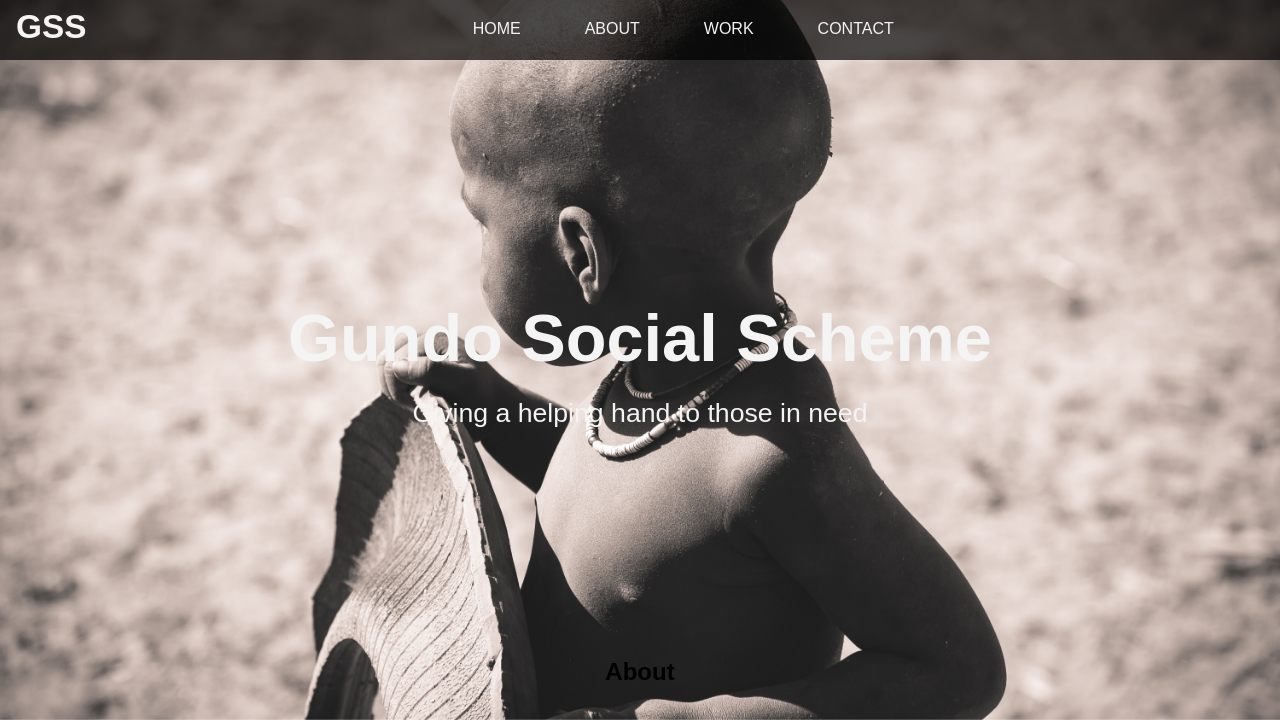
Repository: blessingNtoko/gss-basic_website
Page: index.html
These files come from the project's save history. The page is drawn as it stood at one moment and after the next save; the edit follows.
The browser window is 1280 px wide. The pictures show the whole page.
An inner scrolling area shows only its first screen.

Above is the page before, as saved 2020-05-13 00:27:23.

After the next save:
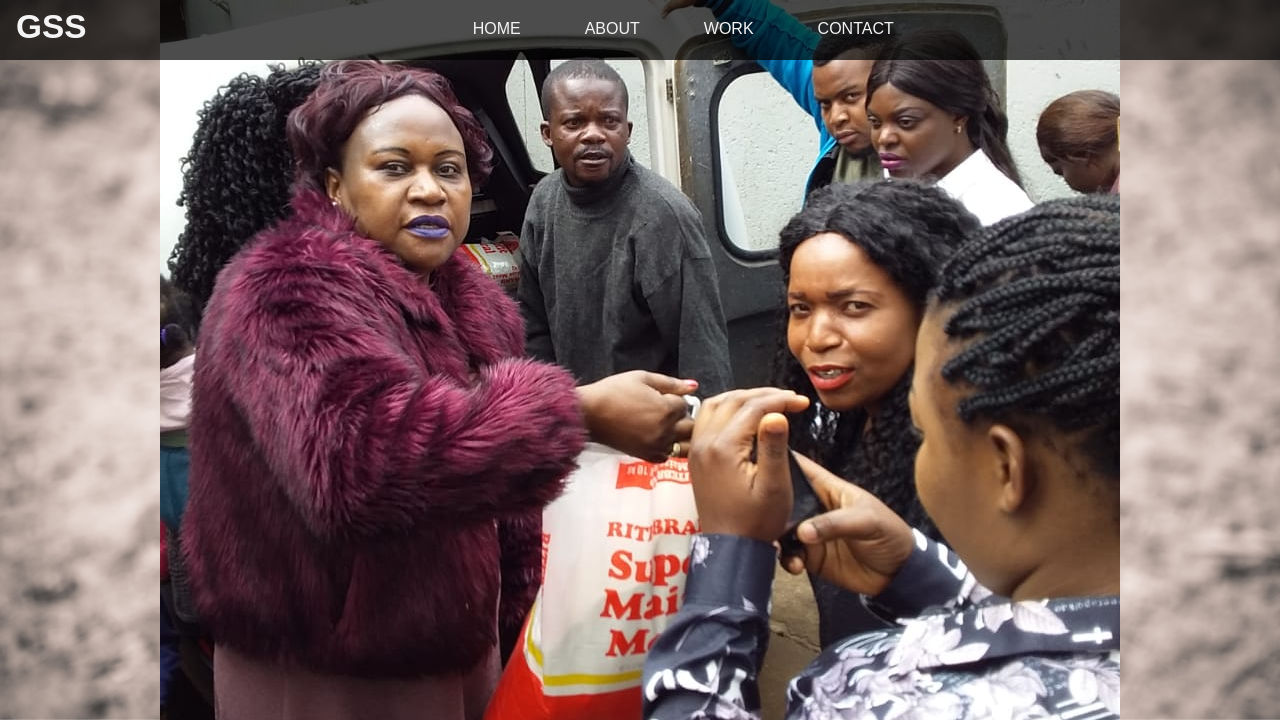
Saved 17 h 19 min later.
--- a/index.html
+++ b/index.html
@@ -78,29 +78,27 @@
             <div class="container">
                 <div class="row">
                     <div class="col">
-                        <img src="" alt="">
+                        <img src="assets/images/workImages/work1.jpeg" alt="">
                     </div>
                     <div class="col">
-                        <img src="" alt="">
+                        <img src="assets/images/workImages/work2.jpeg" alt="">
 
                     </div>
                     <div class="col">
-                        <img src="" alt="">
+                        <img src="assets/images/workImages/work3.jpeg" alt="">
 
                     </div>
 
-                    <div class="w-100"></div>
-
                     <div class="col">
-                        <img src="" alt="">
+                        <img src="assets/images/workImages/work4.jpeg" alt="">
 
                     </div>
                     <div class="col">
-                        <img src="" alt="">
+                        <img src="assets/images/workImages/work5.jpeg" alt="">
 
                     </div>
                     <div class="col">
-                        <img src="" alt="">
+                        <img src="assets/images/workImages/work6.jpeg" alt="">
 
                     </div>
                 </div>

After the 3 saves that followed:
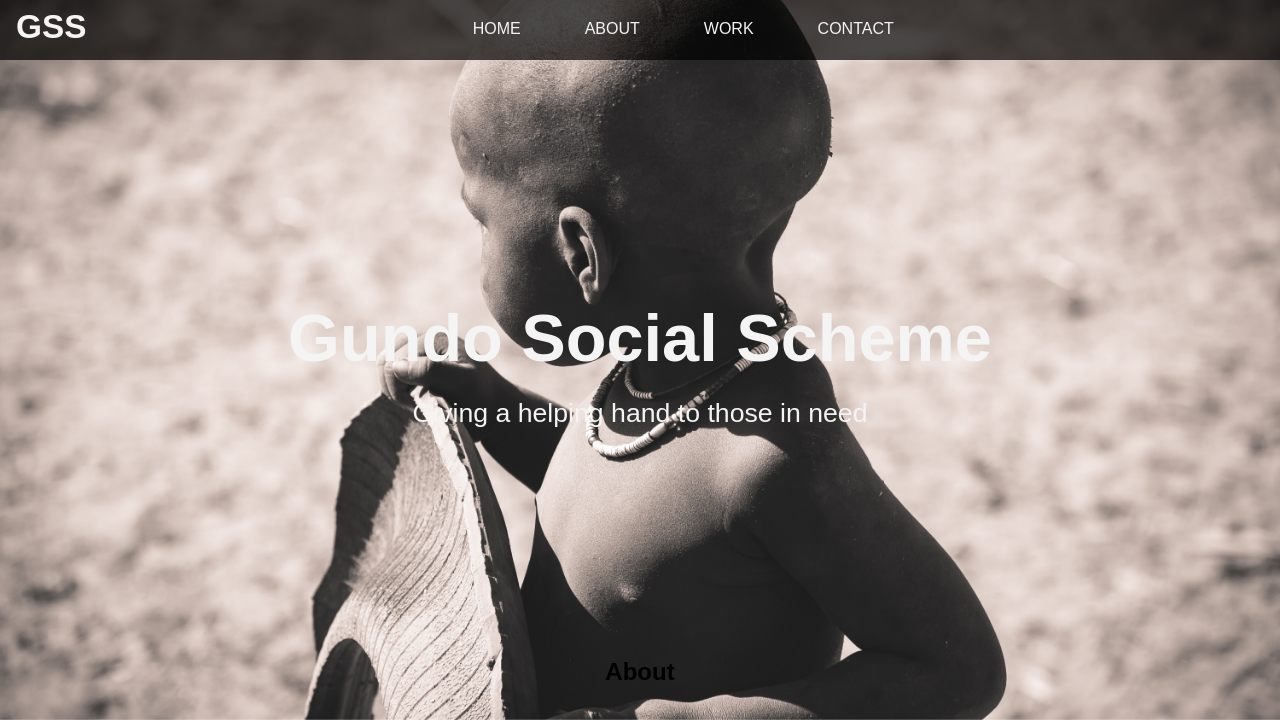
The 3 saves are shown as one change because 2 left the picture as it was.
The last was saved 4 min 18 s later.
--- a/index.html
+++ b/index.html
@@ -117,10 +117,19 @@
             <div class="container">
                 <div class="row">
                     <div class="col">
+                        <img src="" alt="">
+                    </div>
+                    <div class="col">
+
+                    </div>
+                    <div class="col">
 
                     </div>
                 </div>
             </div>
+            <footer>
+
+            </footer>
         </section>
     </div>
 
--- a/style.css
+++ b/style.css
@@ -130,3 +130,16 @@ section {
     justify-content: center;
     margin-top: 3rem;
 }
+
+#work .row {
+    display: flex;
+    flex-direction: row;
+    flex-wrap: wrap;
+    justify-content: center;
+    align-items: center;
+}
+
+#work .row img {
+    width: 20rem;
+    height: 30rem;
+}
